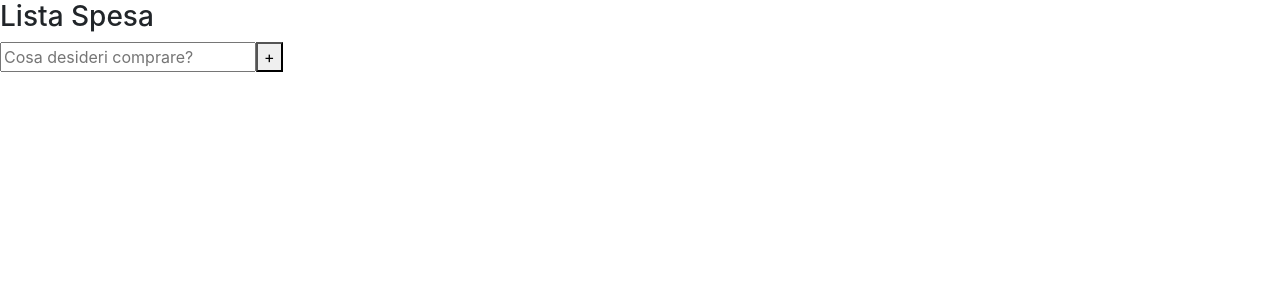
Repository: andreadipilato/TodoList
Page: /
An editor plug-in stored every save of this project. The page is shown before and after the next save, followed by the edit.
The browser window is 1280 px wide. The pictures show the whole page.
The project was rebuilt for these pictures with package versions that can differ from the ones it lists, and the page was loaded fresh each time. Also part of the build but not shown: src/App.css.

Above is the page before, as saved 2020-12-04 16:22:44.

### public/index.html
<!DOCTYPE html>
<html lang="en">
  <head>
    <meta charset="utf-8" />
    <link rel="stylesheet" href="https://maxcdn.bootstrapcdn.com/bootstrap/4.0.0/css/bootstrap.min.css" integrity="sha384-Gn5384xqQ1aoWXA+058RXPxPg6fy4IWvTNh0E263XmFcJlSAwiGgFAW/dAiS6JXm" crossorigin="anonymous">
    <link rel="icon" href="%PUBLIC_URL%/favicon.ico" />
    <meta name="viewport" content="width=device-width, initial-scale=1" />
    <meta name="theme-color" content="#000000" />
    <meta
      name="description"
      content="Web site created using create-react-app"
    />
    <link rel="apple-touch-icon" href="%PUBLIC_URL%/logo192.png" />
    <!--
      manifest.json provides metadata used when your web app is installed on a
      user's mobile device or desktop. See https://developers.google.com/web/fundamentals/web-app-manifest/
    -->
    <link rel="manifest" href="%PUBLIC_URL%/manifest.json" />
    <!--
      Notice the use of %PUBLIC_URL% in the tags above.
      It will be replaced with the URL of the `public` folder during the build.
      Only files inside the `public` folder can be referenced from the HTML.

      Unlike "/favicon.ico" or "favicon.ico", "%PUBLIC_URL%/favicon.ico" will
      work correctly both with client-side routing and a non-root public URL.
      Learn how to configure a non-root public URL by running `npm run build`.
    -->
    <title>Lista Spesa</title>
  </head>
  <body>
    <noscript>You need to enable JavaScript to run this app.</noscript>
    <div id="root"></div>
    <!--
      This HTML file is a template.
      If you open it directly in the browser, you will see an empty page.

      You can add webfonts, meta tags, or analytics to this file.
      The build step will place the bundled scripts into the <body> tag.

      To begin the development, run `npm start` or `yarn start`.
      To create a production bundle, use `npm run build` or `yarn build`.
    -->

  </body>
</html>

### src/App.js
import logo from './logo.svg';
import './App.css';
import Cerca from './Cerca.js';

function App() {
  return (
    <div className="App">
      <header className="App-header">
        <h3>Lista Spesa</h3>
        <Cerca />
      </header>
    </div>
  );
}

export default App;

### src/Cerca.js
import React, {Component} from 'react'

class Cerca extends Component {
    constructor(props) {
        super(props);
        this.state = { cerca: ""}
    }

    onInputChange = e => {
        this.setState({cerca: e.target.value})
    }

    render() {
        return (
                <form className = "searchbar" onSubmit = {this.addElement}>
                    <input
                        className = "search"
                        type = "text"
                        placeholder = "Cosa desideri comprare?"
                        aria-label = "Search"
                        value = {this.state.cerca}
                        onChange = {this.onInputChange}
                    />

                    <button className = "button"
                            type="submit"
                            //onFocus = {}
                    >+
                    </button>
                </form>
        )
    }
}
export default Cerca;

Loaded but not shown: src/index.js (common file); src/index.css (common file); src/reportWebVitals.js (common file)

After the next save:
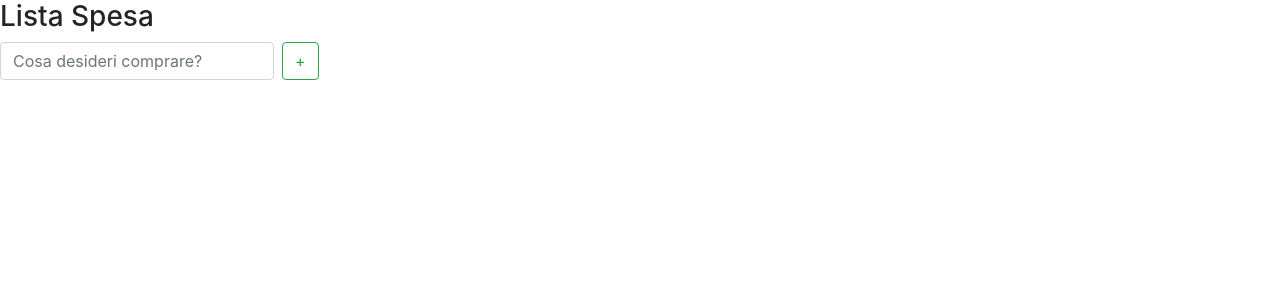
Saved 45 s later.
--- a/src/Cerca.js
+++ b/src/Cerca.js
@@ -12,9 +12,9 @@
 
     render() {
         return (
-                <form className = "searchbar" onSubmit = {this.addElement}>
+                <form className = "form-inline" onSubmit = {this.addElement}>
                     <input
-                        className = "search"
+                        className = "form-control mr-sm-2"
                         type = "text"
                         placeholder = "Cosa desideri comprare?"
                         aria-label = "Search"
@@ -22,7 +22,7 @@
                         onChange = {this.onInputChange}
                     />
 
-                    <button className = "button"
+                    <button className = "btn btn-outline-success my-2 my-sm-0"
                             type="submit"
                             //onFocus = {}
                     >+
